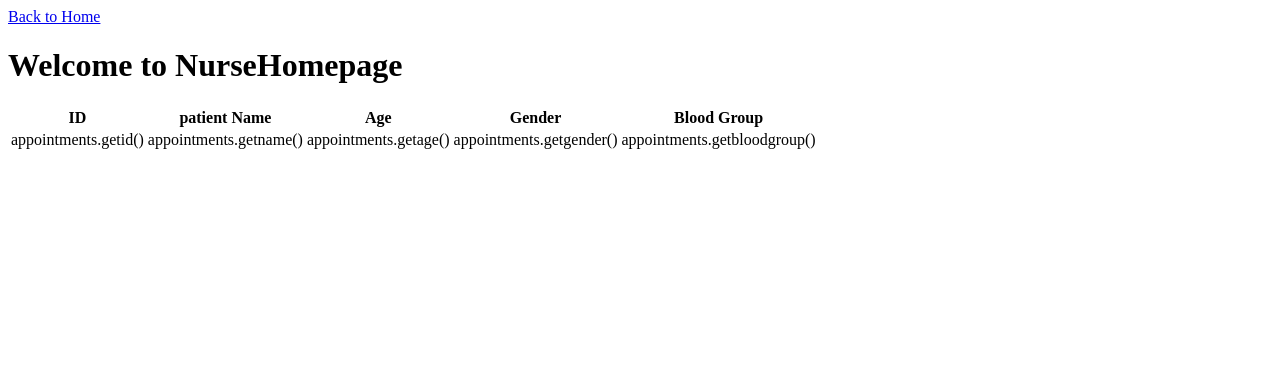
Repository: Rajasekaran0415/LifeCare-Management-System
Page: Project/nurseHompage.html
These files come from the project's save history. The page is drawn as it stood at one moment and after the next save; the edit follows.
The browser window is 1280 px wide. The pictures show the whole page.
The page's requests for data from a server got no answer.

Above is the page before, as saved 2026-01-28 22:28:09.

### Project/nurseHompage.html
<!DOCTYPE html>
<html lang="en">
<head>
    <meta charset="UTF-8">
    <meta name="viewport" content="width=device-width, initial-scale=1.0">
    <title>Nurse Homepage</title>
</head>
<body>
    <div class="container py-5">
           <div class="text-start mb-4 animate__animated animate__fadeIn">
            <a href="index.html" class="text-white text-decoration-none small opacity-75">
                <i class="bi bi-house-door me-2"></i>Back to Home
            </a>
            <h1>Welcome to NurseHomepage</h1>
            <table class="border-2px">
                <tr>
                <th>ID</th>
                <th>patient Name</th>
                <th>Age</th>
                <th>Gender</th>
                <th>Blood Group</th>
                </tr>


                <tr>
                    <td>appointments.getid()</td>
                    <td>appointments.getname()</td>
                    <td>appointments.getage()</td>
                    <td>appointments.getgender()</td>
                    <td>appointments.getbloodgroup()</td>
                </tr>

            </table>

        </div>
    </div>
</body>
</html>

After the next save:
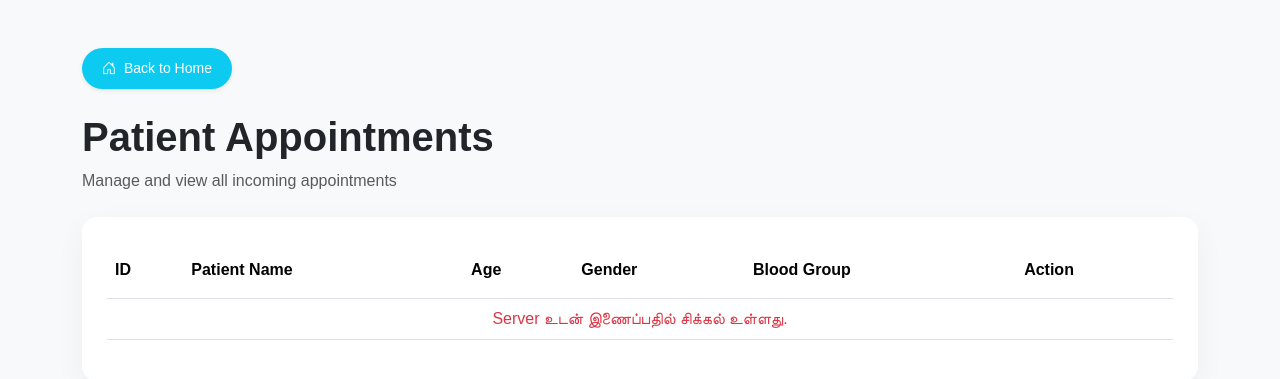
Saved 6 s later.
--- a/Project/nurseHompage.html
+++ b/Project/nurseHompage.html
@@ -3,36 +3,94 @@
 <head>
     <meta charset="UTF-8">
     <meta name="viewport" content="width=device-width, initial-scale=1.0">
-    <title>Nurse Homepage</title>
+    <title>LifeCare | Nurse Dashboard</title>
+    <link href="https://cdn.jsdelivr.net/npm/bootstrap@5.3.2/dist/css/bootstrap.min.css" rel="stylesheet">
+    <link rel="stylesheet" href="https://cdn.jsdelivr.net/npm/bootstrap-icons@1.11.1/font/bootstrap-icons.css">
+    <link rel="stylesheet" href="https://cdnjs.cloudflare.com/ajax/libs/animate.css/4.1.1/animate.min.css"/>
+    <style>
+        body { background-color: #f8f9fa; font-family: 'Poppins', sans-serif; }
+        .table-container { background: white; border-radius: 15px; padding: 25px; box-shadow: 0 10px 30px rgba(0,0,0,0.05); }
+        .table thead { background-color: #0dcaf0; color: white; }
+        .nav-back { background: #0dcaf0; padding: 10px 20px; border-radius: 50px; display: inline-block; transition: 0.3s; }
+        .nav-back:hover { background: #0baccc; transform: translateX(-5px); }
+    </style>
 </head>
 <body>
-    <div class="container py-5">
-           <div class="text-start mb-4 animate__animated animate__fadeIn">
-            <a href="index.html" class="text-white text-decoration-none small opacity-75">
-                <i class="bi bi-house-door me-2"></i>Back to Home
-            </a>
-            <h1>Welcome to NurseHomepage</h1>
-            <table class="border-2px">
-                <tr>
-                <th>ID</th>
-                <th>patient Name</th>
-                <th>Age</th>
-                <th>Gender</th>
-                <th>Blood Group</th>
-                </tr>
 
+<div class="container py-5">
+    <div class="text-start mb-4 animate__animated animate__fadeIn">
+        <a href="index.html" class="nav-back text-white text-decoration-none small shadow-sm">
+            <i class="bi bi-house-door me-2"></i>Back to Home
+        </a>
+        <h1 class="mt-4 fw-bold text-dark">Patient Appointments</h1>
+        <p class="text-muted">Manage and view all incoming appointments</p>
+    </div>
 
-                <tr>
-                    <td>appointments.getid()</td>
-                    <td>appointments.getname()</td>
-                    <td>appointments.getage()</td>
-                    <td>appointments.getgender()</td>
-                    <td>appointments.getbloodgroup()</td>
-                </tr>
-
+    <div class="table-container animate__animated animate__fadeInUp">
+        <div class="table-responsive">
+            <table class="table table-hover align-middle">
+                <thead>
+                    <tr>
+                        <th class="py-3">ID</th>
+                        <th class="py-3">Patient Name</th>
+                        <th class="py-3">Age</th>
+                        <th class="py-3">Gender</th>
+                        <th class="py-3">Blood Group</th>
+                        <th class="py-3">Action</th>
+                    </tr>
+                </thead>
+                <tbody id="appointmentTableBody">
+                    <tr>
+                        <td colspan="6" class="text-center py-4">Loading appointments...</td>
+                    </tr>
+                </tbody>
             </table>
-
         </div>
     </div>
+</div>
+
+<script>
+    // உங்கள் Backend API URL-ஐ இங்கு கொடுக்கவும்
+    const API_URL = "http://localhost:8080/appointments/getall";
+
+    async function loadAppointments() {
+        try {
+            const response = await fetch(API_URL);
+            const appointments = await response.json();
+
+            const tableBody = document.getElementById('appointmentTableBody');
+            tableBody.innerHTML = ""; // பழைய மெசேஜை நீக்க
+
+            if (appointments.length === 0) {
+                tableBody.innerHTML = "<tr><td colspan='6' class='text-center'>No appointments found.</td></tr>";
+                return;
+            }
+
+            appointments.forEach(app => {
+                tableBody.innerHTML += `
+                    <tr>
+                        <td class="fw-bold">#${app.id}</td>
+                        <td>${app.name}</td>
+                        <td>${app.age}</td>
+                        <td><span class="badge bg-light text-dark border">${app.gender}</span></td>
+                        <td><span class="text-danger fw-bold">${app.bloodgroup}</span></td>
+                        <td>
+                            <button class="btn btn-sm btn-outline-info rounded-pill">View Info</button>
+                        </td>
+                    </tr>
+                `;
+            });
+        } catch (error) {
+            console.error("Error fetching data:", error);
+            document.getElementById('appointmentTableBody').innerHTML =
+                "<tr><td colspan='6' class='text-center text-danger'>Server உடன் இணைப்பதில் சிக்கல் உள்ளது.</td></tr>";
+        }
+    }
+
+    // பக்கம் லோடு ஆனதும் டேட்டாவை கொண்டு வர
+    window.onload = loadAppointments;
+</script>
+
+<script src="https://cdn.jsdelivr.net/npm/bootstrap@5.3.2/dist/js/bootstrap.bundle.min.js"></script>
 </body>
 </html>
